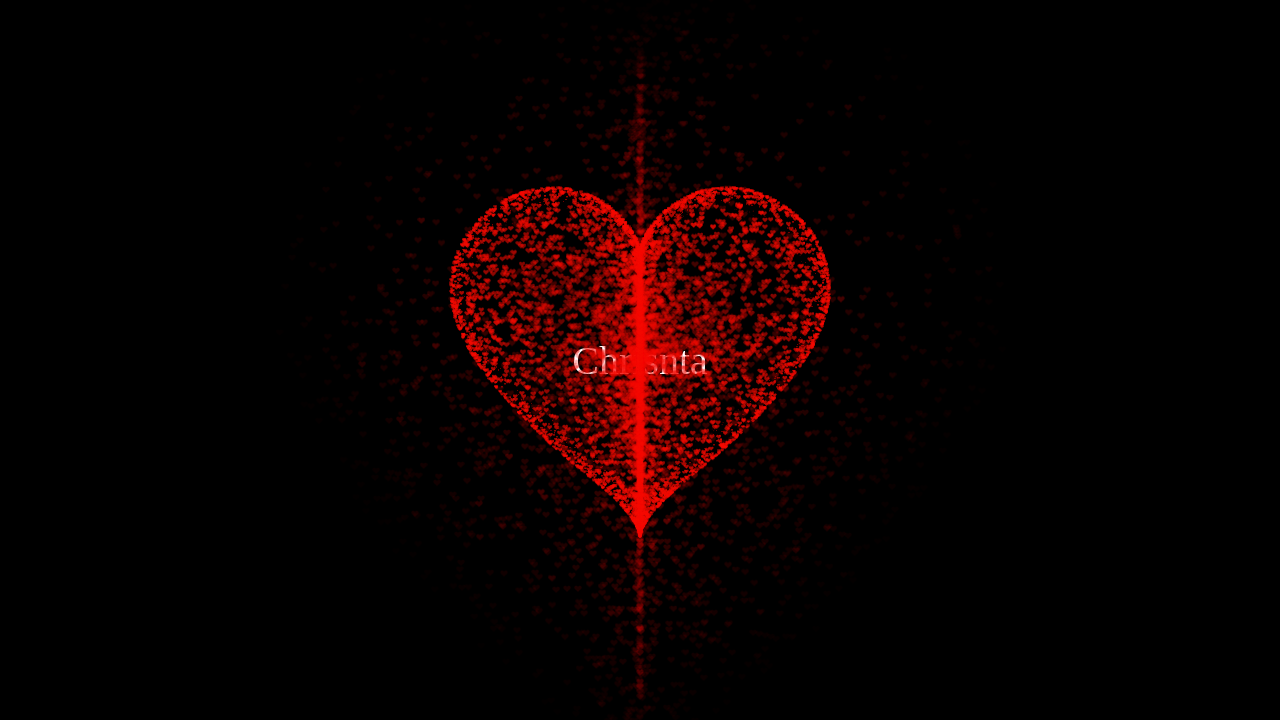
Repository: thaiduy1704/Heart
Page: index.html
An editor plug-in stored every save of this project. The page is shown before and after the next save, followed by the edit.
The browser window is 1280 px wide. The pictures show the whole page.

Above is the page before, as saved 2022-11-11 02:00:01.
Not found: style.css

After the next save:
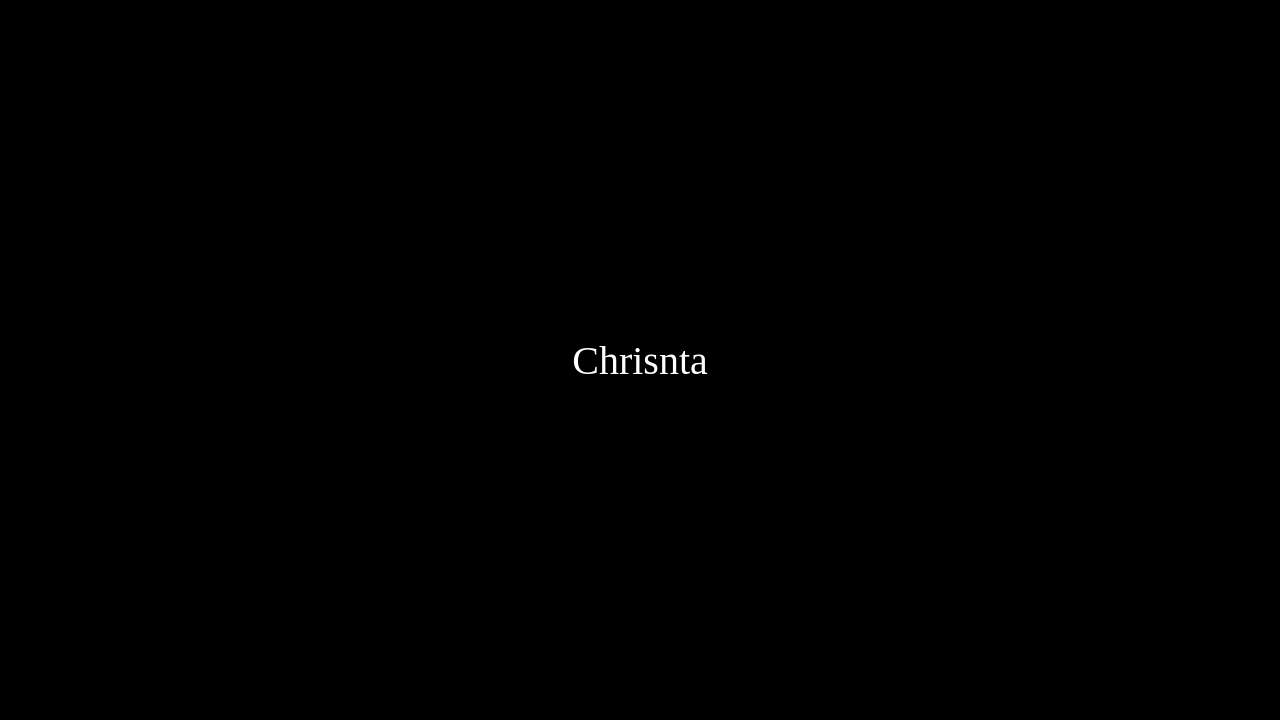
Saved 39 s later.
--- a/index.html
+++ b/index.html
@@ -259,6 +259,8 @@
   </script>
   <div class="center-text",
   style="background-color:rgb(0, 0, 0);
+  position: relative;
+  z-index: 1000;
         width: 100%;
         color: white ;
         height:100%;

After the 3 saves that followed:
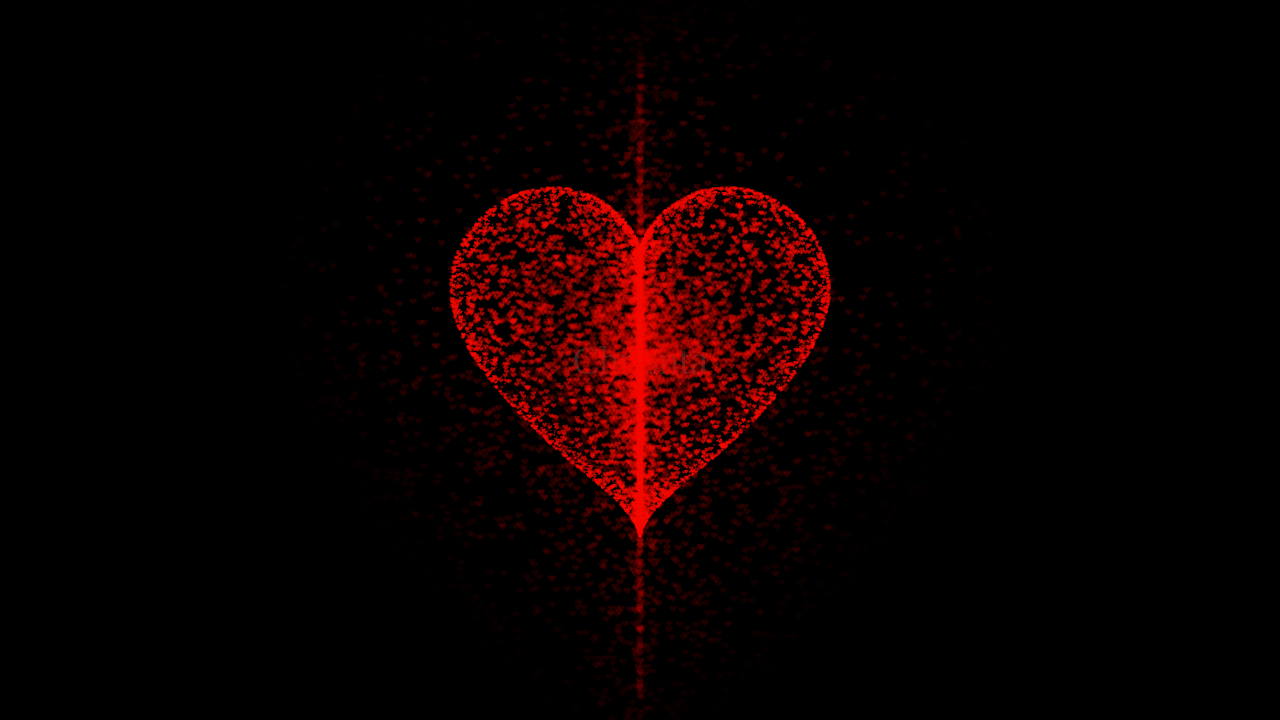
The 3 saves are shown as one change because 1 left the picture as it was and some came seconds apart.
The last was saved 10 s later.
--- a/index.html
+++ b/index.html
@@ -260,7 +260,7 @@
   <div class="center-text",
   style="background-color:rgb(0, 0, 0);
   position: relative;
-  z-index: 1000;
+  z-index: -4;
         width: 100%;
         color: white ;
         height:100%;
